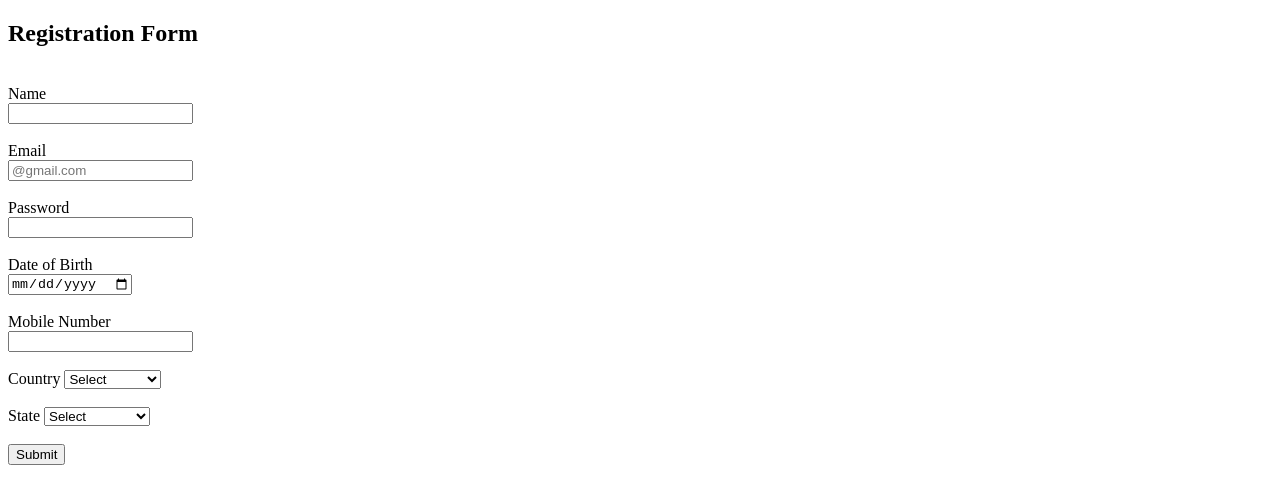
Repository: SurajBargaje/Travel-Booking-Application
Page: http://localhost/Registration
An editor plug-in stored every save of this project. The page is shown before and after the next save, followed by the edit.
The browser window is 1280 px wide. The pictures show the whole page.
The page is this project's Thymeleaf template; nobody is signed in. The template is opened directly, without the code that normally fills it, so the values that code supplies are empty.

Above is the page before, as saved 2024-02-27 14:41:17.

### Pravass/src/main/resources/templates/Registration.html
<!DOCTYPE html>
<html>
<head>
<meta charset="UTF-8">
<title>Insert title here</title>
<style>
</style>
</head>
<body>
	<form action="/post" method="post">
		<div class="container1">
			<h2>Registration Form</h2>
			<br> <label for="name">Name</label><br> <input type="text"
				id="name" name="name" pattern="[A-Za-z]+"><br> <br>
			<label for="email">Email</label><br> <input type="email"
				name="email" id="email" placeholder="@gmail.com"><br> <br>
			<label for="password">Password</label><br> <input
				type="password" id="password" name="password" min="8" maxlength="15">
			<br> <br> <label for="DOB">Date of Birth</label><br> <input
				type="date" id="DOB" name="DOB"><br> <br> <label
				for="contact">Mobile Number</label><br> <input type="tel"
				name="contact" id="contact" min="0" maxlength="13"> <br>
			<br> <label for="country">Country</label> <select id="country"
				name="country">
				<option value="select">Select</option>
				<option value="India">India</option>
				<option value="USA">USA</option>
				<option value="Japan">Japan</option>
				<option value="Neitherland">Neitherland</option>
				<option value="Nepal">Nepal</option>
				<option value="Austrelia">Austrelia</option>
				<option value="Brazil">Brazil</option>
				<option value="Itely">Itely</option>
				<option value="France">France</option>
				<option value="South Korea">South Korea</option>
				<option value="Taiwan">Taiwan</option>
				<option value="ShriLanka">ShriLanka</option>
			</select> <br> <br> <label for="country">State </label> <select
				id="country" name="country">
				<option value="select">Select</option>
				<option value="India">Maharashtra</option>
				<option value="USA">UP</option>
				<option value="Japan">Andrapradesh</option>
				<option value="Neitherland">Panjab</option>
				<option value="Nepal">Rajasthan</option>
				<option value="Austrelia">Gujrat</option>
			</select> <br> <br> <input type="submit" value="Submit">
		</div>
	</form>
</body>
</html>

After the next save:
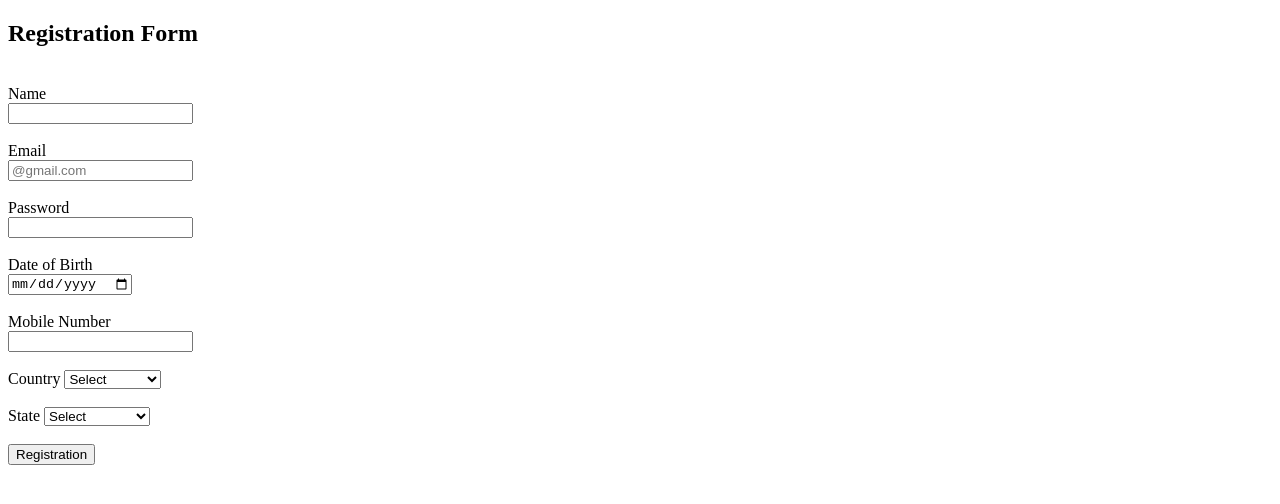
Saved 8 min 7 s later.
--- a/Pravass/src/main/resources/templates/Registration.html
+++ b/Pravass/src/main/resources/templates/Registration.html
@@ -7,7 +7,7 @@
 </style>
 </head>
 <body>
-	<form action="/post" method="post">
+	<form action="/detailsAdded" method="post">
 		<div class="container1">
 			<h2>Registration Form</h2>
 			<br> <label for="name">Name</label><br> <input type="text"
@@ -44,7 +44,7 @@
 				<option value="Neitherland">Panjab</option>
 				<option value="Nepal">Rajasthan</option>
 				<option value="Austrelia">Gujrat</option>
-			</select> <br> <br> <input type="submit" value="Submit">
+			</select> <br> <br> <input type="submit" value="Registration">
 		</div>
 	</form>
 </body>
